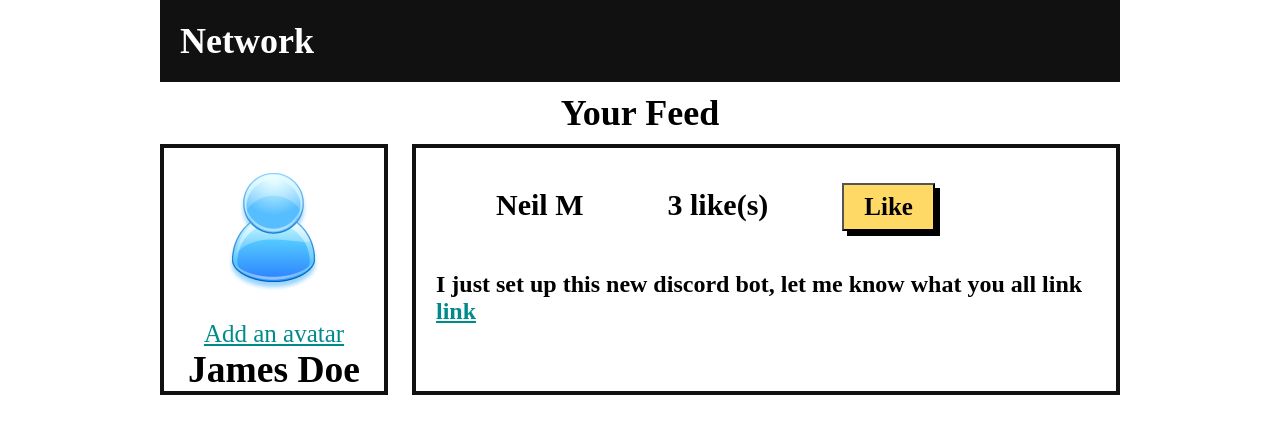
Repository: Blender20/liking_likes
Page: index.html
The author's editor kept a copy of each file at every save. The page is drawn from the files as they stood at one save, then again after the next save.
The browser window is 1280 px wide. The pictures show the whole page.
Some web fonts or font styles are not loaded; a fallback is used.

Above is the page before, as saved 2022-03-30 11:05:31.

After the next save:
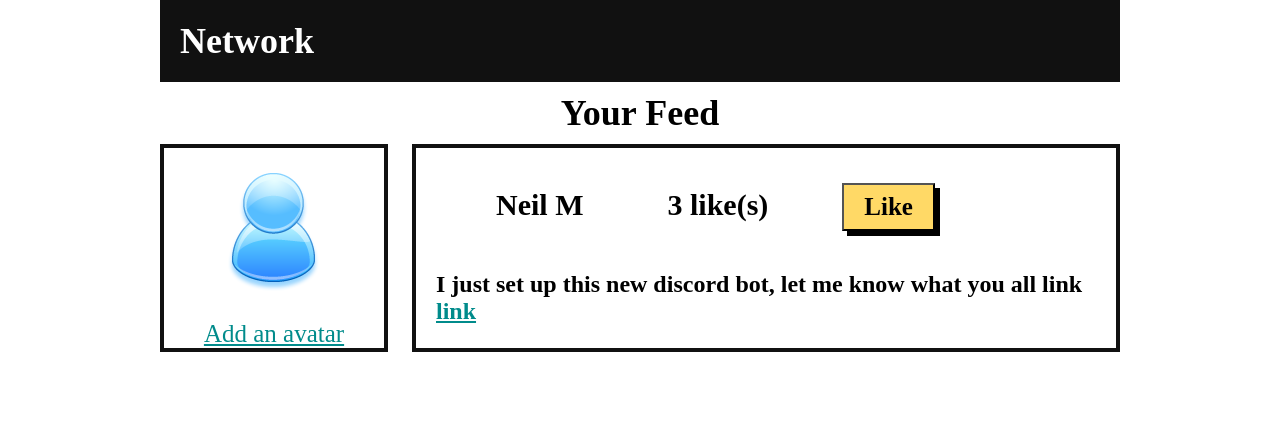
Saved 29 s later.
--- a/index.html
+++ b/index.html
@@ -23,9 +23,7 @@
         <img src="./user.png" alt="user icon">
       </div>
       <div class="addAvatar"><a href="#">Add an avatar</a>
-      <div class="userInput">
-        <h2>James Doe</h2>
-      </div>
+
       </div>
     </div>
 
